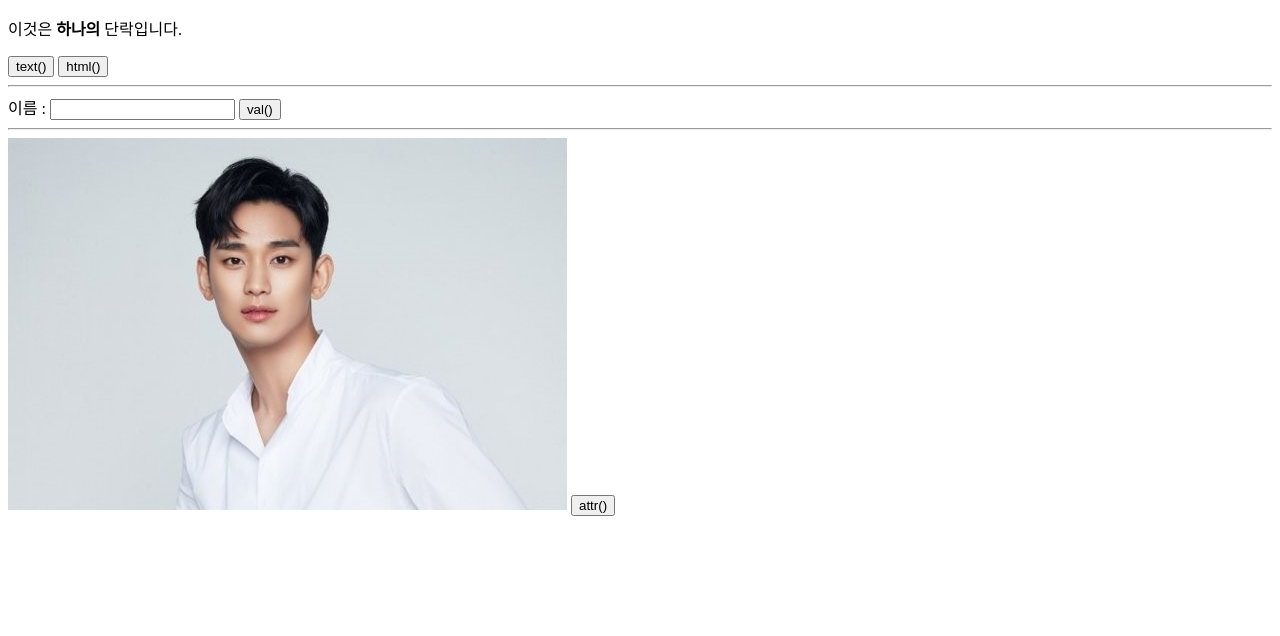
Repository: gpqls12321/public
Page: javascript_jquery/WebContent/jQuery_ex03.html
An editor plug-in stored every save of this project. The page is shown before and after the next save, followed by the edit.
The browser window is 1280 px wide. The pictures show the whole page.

Above is the page before, as saved 2021-04-15 05:06:13.

### javascript_jquery/WebContent/jQuery_ex03.html
<!DOCTYPE html>
<html>
<head>
<meta charset="UTF-8">
<title>Insert title here</title>
<script type="text/javascript" src="js/jQuery3.x/jquery-3.6.0.js"></script>
<script type="text/javascript">
	$(document).ready(function() {

		$("#text").click(function() {
			alert($("#target").text());
		});

		$("#html").click(function() {
			alert($("#target").html());
		});

		$("#val").click(function() {
			alert($("#irum").val());
			console.log($("#irum").val());
		});

		$("#attr").click(function() {
			alert($("#kim").attr("src"));
		});
	});
</script>
</head>
<body>
	<p id="target">이것은 <strong>하나의</strong> 단락입니다.</p>
	<button id="text">text()</button>
	<button id="html">html()</button>
	<hr>
	이름 : <input type="text" id="irum">
	<button id="val">val()</button>
	<hr>
	<img id="kim" alt="김수현" src="images/김수현01.jpg" width="559px;" height="372px;">
	<button id="attr">attr()</button>
</body>
</html>

Loaded but not shown: javascript_jquery/WebContent/js/jQuery3.x/jquery-3.6.0.js (library)

After the next save:
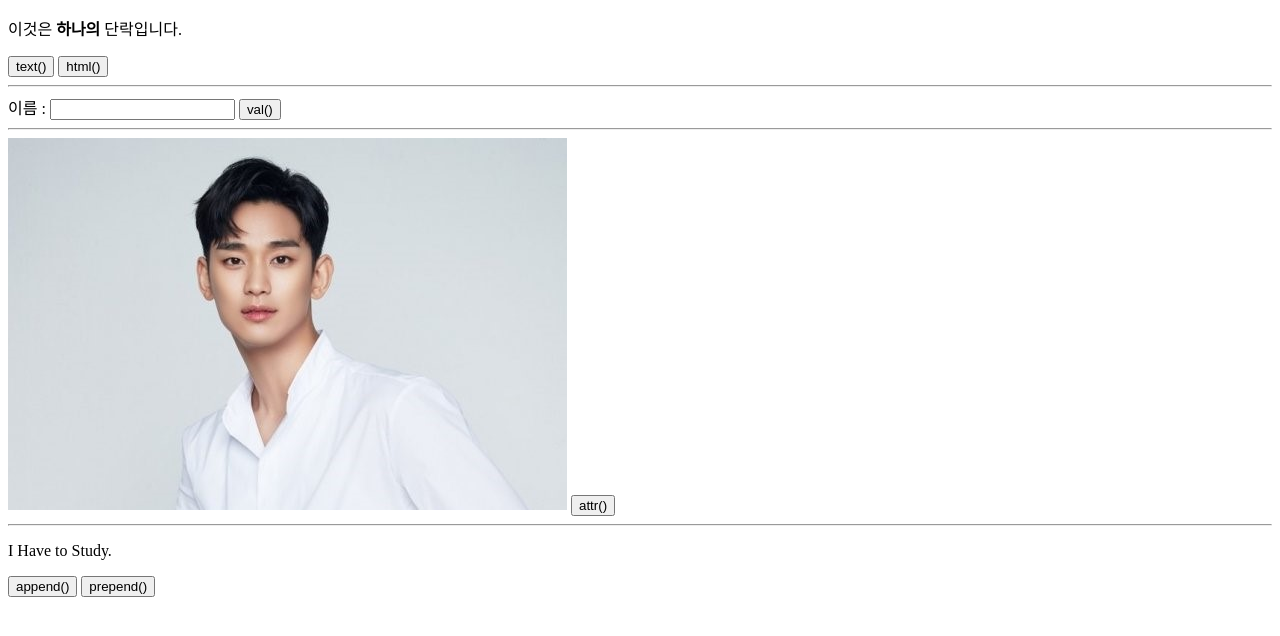
Saved 2 min 59 s later.
--- a/javascript_jquery/WebContent/jQuery_ex03.html
+++ b/javascript_jquery/WebContent/jQuery_ex03.html
@@ -36,5 +36,9 @@
 	<hr>
 	<img id="kim" alt="김수현" src="images/김수현01.jpg" width="559px;" height="372px;">
 	<button id="attr">attr()</button>
+	<hr>
+	<p>I Have to Study.</p>
+	<button id="button1">append()</button>
+	<button id="button2">prepend()</button>
 </body>
 </html>
